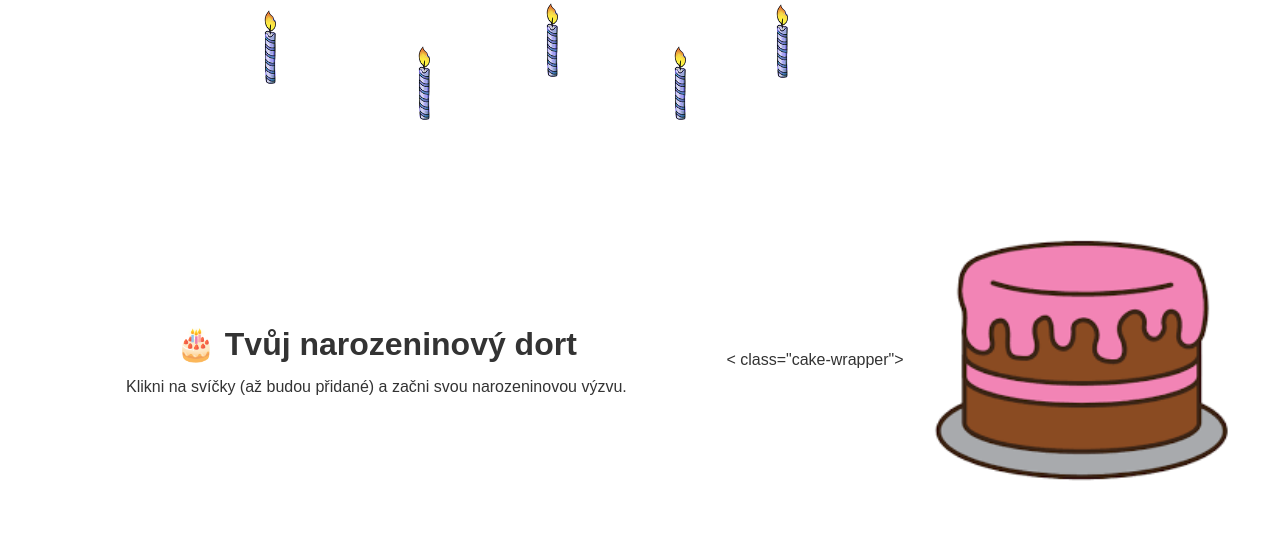
Repository: DanielMicka/darek
Page: html/cake.html
The author's editor kept a copy of each file at every save. The page is drawn from the files as they stood at one save, then again after the next save.
The browser window is 1280 px wide. The pictures show the whole page.

Above is the page before, as saved 2026-06-13 19:28:44.

### html/cake.html
<!DOCTYPE html>
<html lang="cs">

<head>
    <meta charset="UTF-8">
    <title>Dort 🎂</title>
    <link rel="stylesheet" href="styles.css">
</head>

<body>

    <div class="container fade">

        <h2>🎂 Tvůj narozeninový dort</h2>

        <p>Klikni na svíčky (až budou přidané) a začni svou narozeninovou výzvu.</p>


    </div>

        < class="cake-wrapper">
            <img src="/cake.png" class="cake">

            <!-- Svíčka 1 -->
            <img src="/svíčka_ende.png" class="candle c1" data-id="1">

            <!-- Svíčka 2 -->
            <img src="/svíčka_ende.png" class="candle c2" data-id="2">

            <!-- Svíčka 3 -->
            <img src="/svíčka_ende.png" class="candle c3" data-id="3">

            <!-- Svíčka 4 -->
            <img src="/svíčka_ende.png" class="candle c4" data-id="4">

            <!-- Svíčka 5 -->
            <img src="/svíčka_ende.png" class="candle c5" data-id="5">
        </div>


</body>

</html>

### html/styles.css
/* Reset */
* {
    margin: 0;
    padding: 0;
    box-sizing: border-box;
}

body {
    font-family: "Poppins", sans-serif;
    background: white;
    color: #333;
    display: flex;
    justify-content: center;
    align-items: center;
    min-height: 100vh; /* vždy na střed */
    text-align: center;
    padding: 20px;
}

/* Kontejner pro obsah */
.container {
    max-width: 700px;
    width: 100%;
}

/* Obrázky */
img {
    max-width: 100%;
    height: auto;
}

/* Tlačítko */
.btn {
    margin-top: 35px;
    padding: 15px 35px;
    font-size: 1.2rem;
    border: none;
    border-radius: 30px;
    background: #4aa3ff;
    color: white;
    cursor: pointer;
    transition: 0.3s;
}

.btn:hover {
    background: #1f8bff;
    transform: scale(1.05);
}

/* Nadpisy */
h1 {
    font-size: 2.6rem;
    margin-bottom: 15px;
}

h2 {
    font-size: 2rem;
    margin-bottom: 15px;
}

/* Animace */
@keyframes fadeIn {
    from { opacity: 0; transform: translateY(20px); }
    to   { opacity: 1; transform: translateY(0); }
}

.fade {
    animation: fadeIn 1.2s ease;
}
.cake-wrapper {
    position: relative;
    display: inline-block;
}

.cake {
    width: 350px;
}

/* Všechny svíčky */
.candle {
    position: absolute;
    width: 80px; /* upravíš podle obrázku */
    cursor: pointer;
}
/* Svíčka 1 */
.c1 {
    top: 1%;
    left: 18%;
}

/* Svíčka 2 */
.c2 {
    top: 0%;
    left: 40%;
}

/* Svíčka 3 */
.c3 {
    top: 0.1%;
    left: 58%;
}

/* Svíčka 4 */
.c4 {
    top: 6%;
    left: 30%;
}

/* Svíčka 5 */
.c5 {
    top: 6%;
    left: 50%;
}

After the next save:
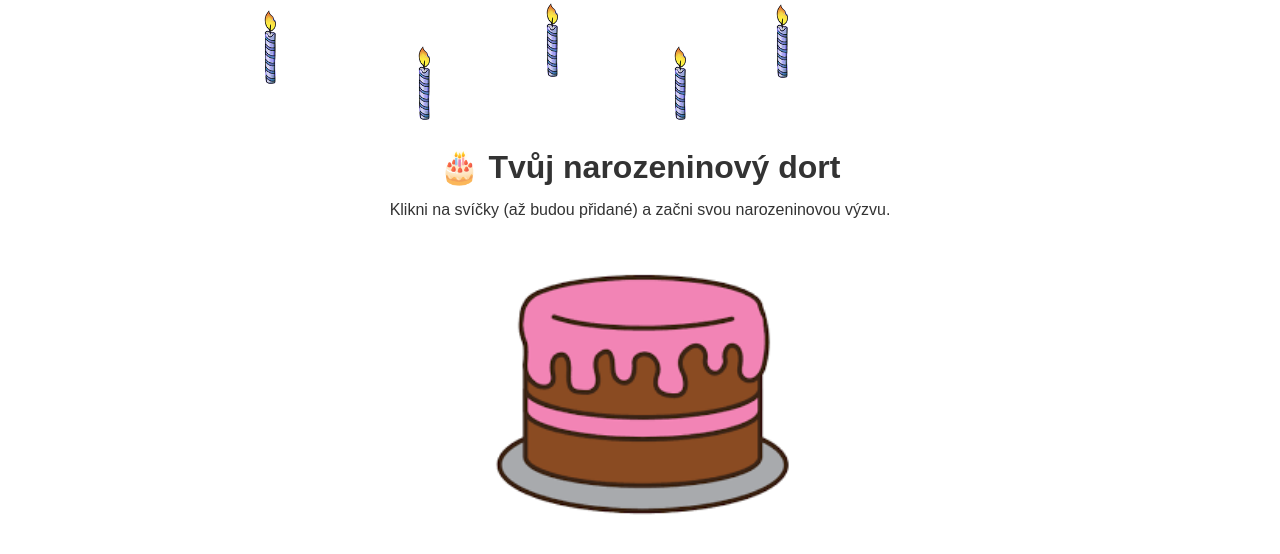
Saved 4 s later.
--- a/html/cake.html
+++ b/html/cake.html
@@ -16,9 +16,8 @@
         <p>Klikni na svíčky (až budou přidané) a začni svou narozeninovou výzvu.</p>
 
 
-    </div>
 
-        < class="cake-wrapper">
+
             <img src="/cake.png" class="cake">
 
             <!-- Svíčka 1 -->
